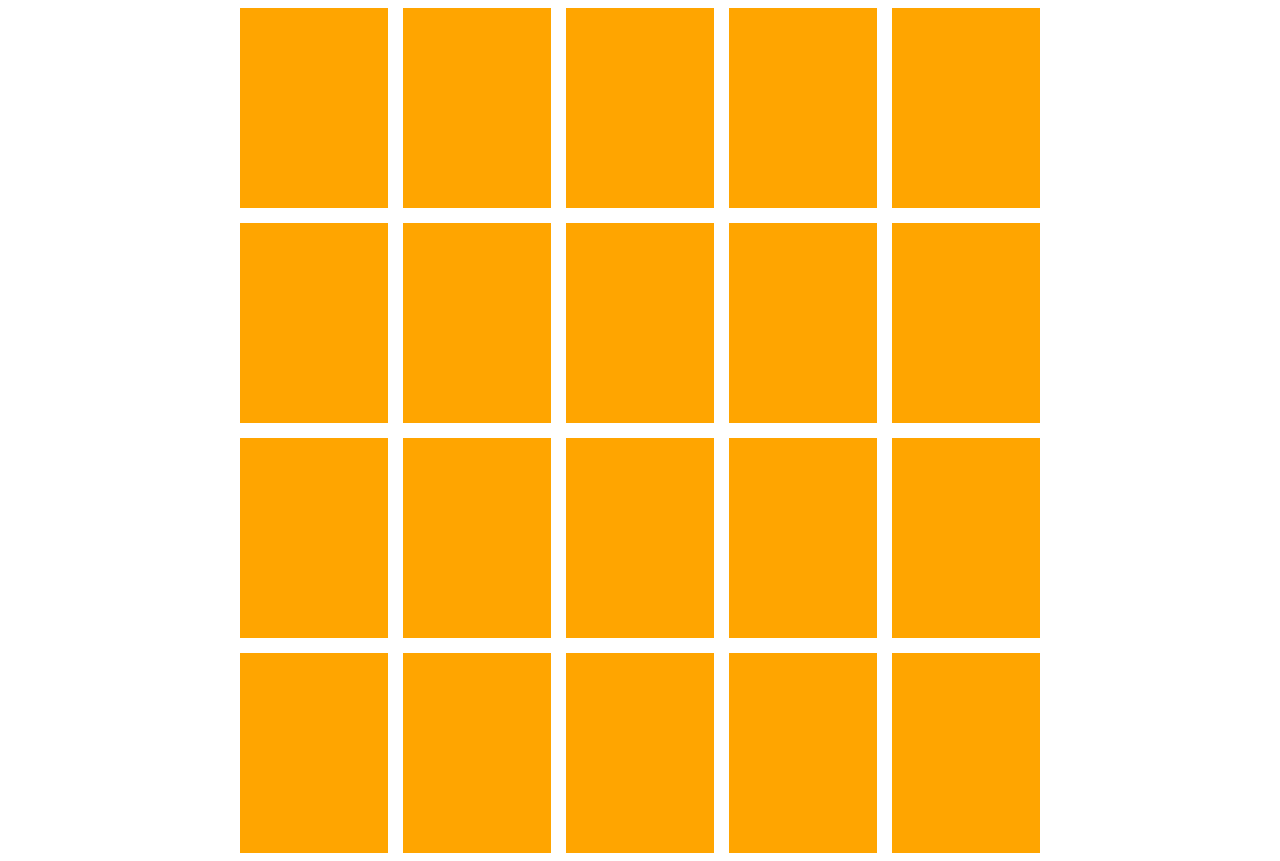
Repository: pettinelli1202/Diablo-MemoryGame
Page: pages/game.html
These files come from the project's save history. The page is drawn as it stood at one moment and after the next save; the edit follows.
The browser window is 1280 px wide. The pictures show the whole page.

Above is the page before, as saved 2023-02-21 17:38:40.
Console error: TypeError: Cannot read properties of null (reading 'addEventListener')

After the next save:
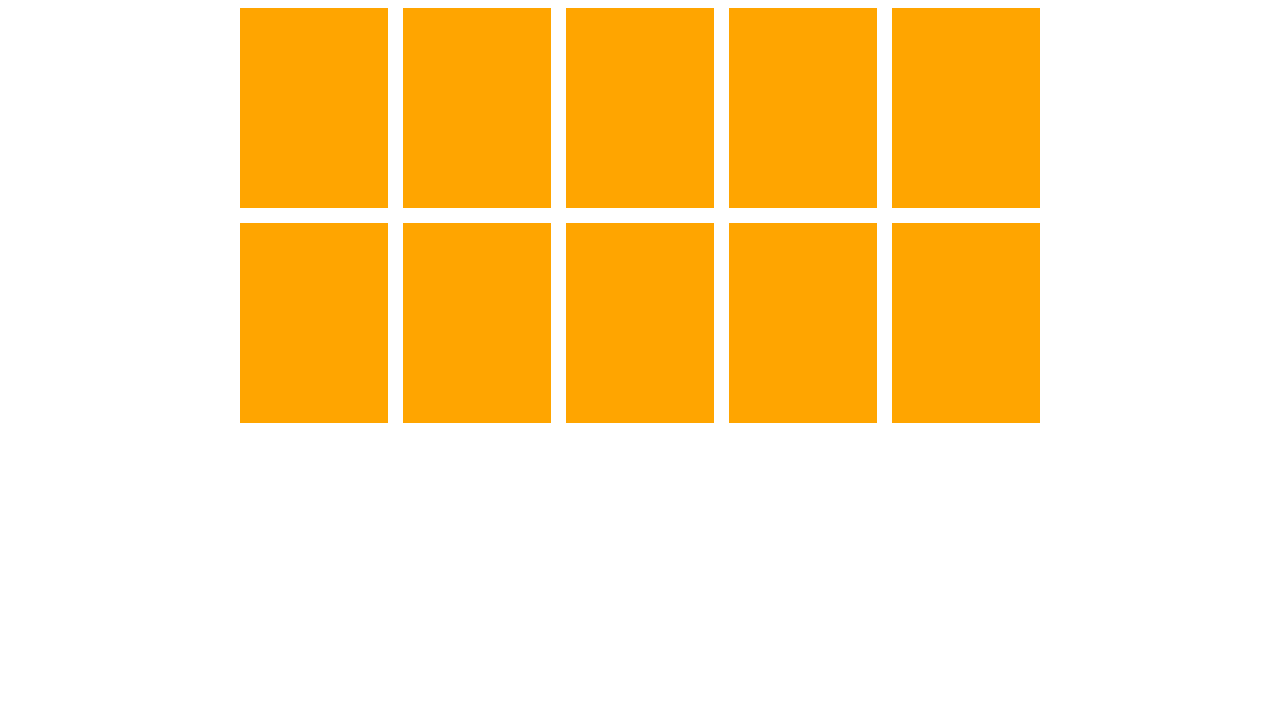
Saved 2 min 58 s later.
--- a/pages/game.html
+++ b/pages/game.html
@@ -27,16 +27,7 @@
         <div class="card"></div>
         <div class="card"></div>
 
-        <div class="card"></div>
-        <div class="card"></div>
-        <div class="card"></div>
-        <div class="card"></div>
-        <div class="card"></div>
-        <div class="card"></div>
-        <div class="card"></div>
-        <div class="card"></div>
-        <div class="card"></div>
-        <div class="card"></div>
+
     </div>
 </body>
 
